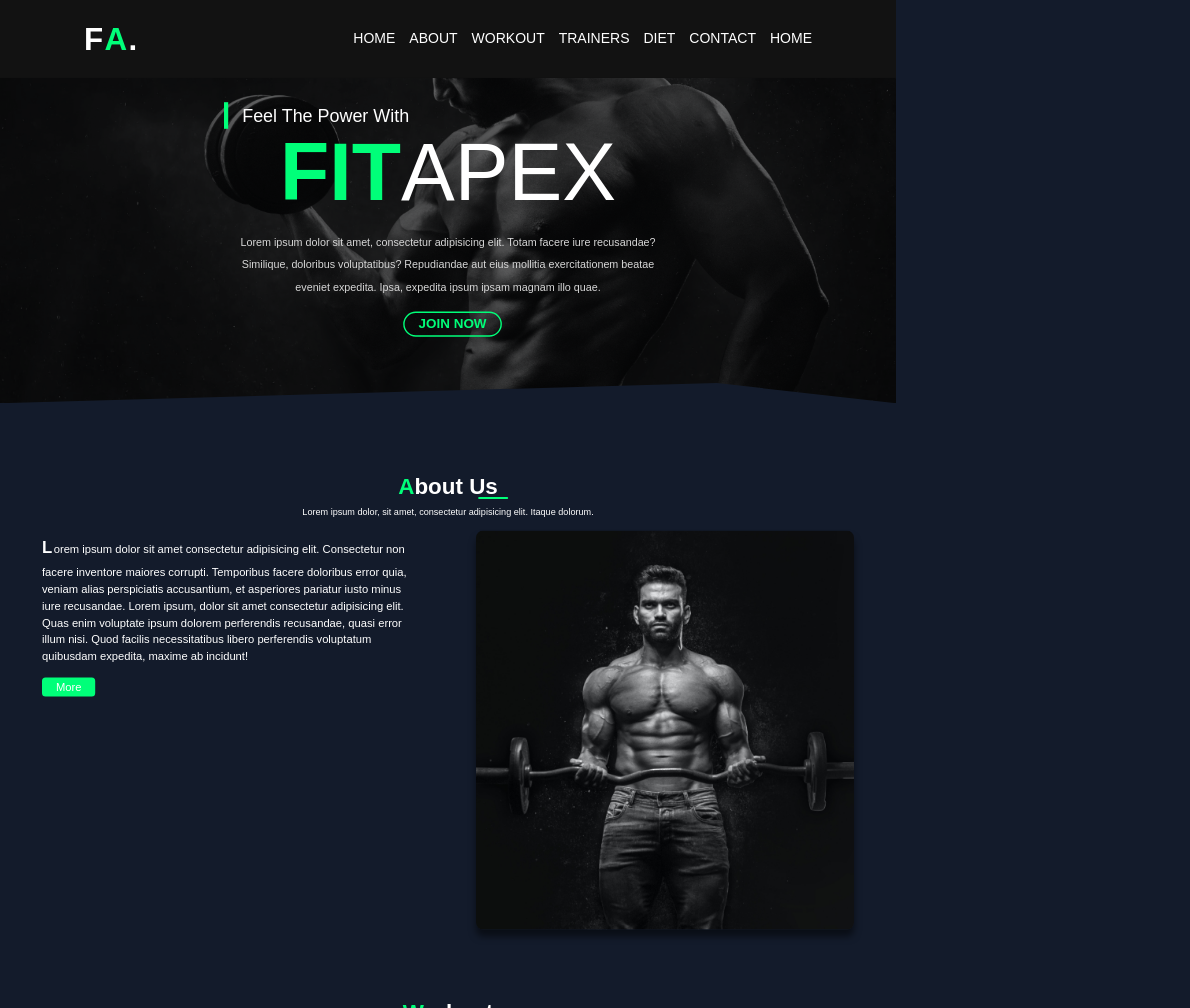
Repository: guilhermecardoso93/fitapex
Page: index.html
An editor plug-in stored every save of this project. The page is shown before and after the next save, followed by the edit.
The browser window is 1280 px wide. The page is 1700 px wide, so the pictures cover 1700 px, including what lies to the right of the window. The pictures show the part of the page from y = 0 to 1440 px (the page is 3692 px tall), at 70% of full size.

Above is the page before, as saved 2023-03-07 20:50:31.

### index.html
<!DOCTYPE html>
<html lang="pr-BR">
  <head>
    <meta charset="UTF-8" />
    <meta http-equiv="X-UA-Compatible" content="IE=edge" />
    <meta name="viewport" content="width=device-width, initial-scale=1.0" />
    <link rel="stylesheet" href="styles.css" />
    <link
      rel="stylesheet"
      href="https://cdnjs.cloudflare.com/ajax/libs/font-awesome/4.7.0/css/font-awesome.css"
    />
    <title>F.A GYM</title>
  </head>
  <body>
    <div class="navbar">
      <a href="#" class="logo">F<b>A</b>.</a>
      <ol>
        <li>
          <a href="#home">home</a>
        </li>
        <li>
          <a href="#about">about</a>
        </li>
        <li>
          <a href="#workout">workout</a>
        </li>
        <li>
          <a href="#trainers">trainers</a>
        </li>
        <li>
          <a href="#diet">diet</a>
        </li>
        <li>
          <a href="#contact">contact</a>
        </li>
        <li>
          <a href="#home">home</a>
        </li>
      </ol>
    </div>

    <section id="home" class="home view">
      <div class="highlights">
        <h3>feel the power with</h3>
        <h1><b>FIT</b>APEX</h1>
        <br />
        <p class="tagline">
          Lorem ipsum dolor sit amet, consectetur adipisicing elit. Totam facere
          iure recusandae? Similique, doloribus voluptatibus? Repudiandae aut
          eius mollitia exercitationem beatae eveniet expedita. Ipsa, expedita
          ipsum ipsam magnam illo quae.
        </p>
        <button class="join">join now</button>
      </div>
      <div class="banner" />
    </section>

    <section id="about" class="about view">
      <div class="main">
        <h2><span>A</span>bout Us</h2>
        <h6>
          Lorem ipsum dolor, sit amet, consectetur adipisicing elit. Itaque
          dolorum.
        </h6>
      </div>
      <div class="content">
        <div class="cols">
          <p>
            <b>L</b>orem ipsum dolor sit amet consectetur adipisicing elit.
            Consectetur non facere inventore maiores corrupti. Temporibus facere
            doloribus error quia, veniam alias perspiciatis accusantium, et
            asperiores pariatur iusto minus iure recusandae. Lorem ipsum, dolor
            sit amet consectetur adipisicing elit. Quas enim voluptate ipsum
            dolorem perferendis recusandae, quasi error illum nisi. Quod facilis
            necessitatibus libero perferendis voluptatum quibusdam expedita,
            maxime ab incidunt!
          </p>
          <a href="#">more</a>
        </div>
        <div class="cols">
          <div class="box">
            <img src="./assets/about.jpg" alt="" />
          </div>
        </div>
      </div>
    </section>

    <section id="workout" class="workout view">
      <div class="main">
        <h2><span>W</span>orkout</h2>
        <h6>
          Lorem ipsum dolor, sit amet, consectetur adipisicing elit. Itaque
          dolorum.
        </h6>
      </div>
      <div class="content">
        <div class="frame">
          <div class="box">
            <img src="./assets/workout1.jpg" alt="" />
          </div>
          <div class="title">someone famous</div>
          <p>Lorem ipsum dolor, sit amet, consectetur.</p>
        </div>
        <div class="frame">
          <div class="box">
            <img src="./assets/workout2.jpg" alt="" />
          </div>
          <div class="title">someone famous</div>
          <p>Lorem ipsum dolor, sit amet, consectetur.</p>
        </div>
        <div class="frame">
          <div class="box">
            <img src="./assets/workout3.jpg" alt="" />
          </div>
          <div class="title">someone famous</div>
          <p>Lorem ipsum dolor, sit amet, consectetur.</p>
        </div>
        <div class="frame">
          <div class="box">
            <img src="./assets/workout4.jpg" alt="" />
          </div>
          <div class="title">someone famous</div>
          <p>Lorem ipsum dolor, sit amet, consectetur.</p>
        </div>
        <div class="frame">
          <div class="box">
            <img src="./assets/workout5.jpg" alt="" />
          </div>
          <div class="title">someone famous</div>
          <p>Lorem ipsum dolor, sit amet, consectetur.</p>
        </div>
        <div class="frame">
          <div class="box">
            <img src="./assets/workout6.jpg" alt="" />
          </div>
          <div class="title">someone famous</div>
          <p>Lorem ipsum dolor, sit amet, consectetur.</p>
        </div>
      </div>
    </section>

    <section id="trainers" class="trainers view">
      <div class="main">
        <h2><span>B</span>est<span> T</span>rainers</h2>
        <h6>
          Lorem ipsum dolor, sit amet, consectetur adipisicing elit. Itaque
          dolorum.
        </h6>
      </div>
      <div class="content">
        <div class="frame">
          <div class="box">
            <img src="./assets/workout6.jpg" alt="" />
          </div>
          <div class="headline">
            <div class="title">someone famous</div>
            <div class="icons">
              <i class="fa fa-facebook"></i>
              <i class="fa fa-twitter"></i>
              <i class="fa fa-linkedin"></i>
            </div>
          </div>
          <p>Lorem ipsum dolor sit, amet consectetur adipisicing elit.</p>
          <a href="">Explore</a>
        </div>
      </div>
    </section>
  </body>
</html>

### styles.css
@import url("https://fonts.googleapis.com/css2?family=Poppins:wght@400;500&display=swap");

@import "./css/_navbar.css";
@import "./css/_home.css";
@import "./css/_about.css";
@import "./css/_workout.css";
@import "./css/_trainers.css";

* {
  margin: 0;
  padding: 0;
  box-sizing: border-box;
  font-family: "Poppisns", sans-serif;
  outline: none;
  color: #fff;

}

:root {
  --prime: #00ff79;
}

body {
  background-color: #131b2b;
}


.view {
  width: 100%;
  min-height: 80vh;
  position: relative;
}

### css/_navbar.css

.navbar {
  width: 100%;
  display: flex;
  position: fixed;
  padding: 30px 120px;
  background-color: #121212;
  justify-content: space-between;
  z-index: 1111;
  transition: 0.5s ease;
}

.logo {
  font-size: 2.8em;
  font-weight: 800;
  letter-spacing: 2px;
  text-transform: uppercase;
  text-decoration: none;
}

.logo B{
  color: var(--prime);
}

ol {
  display: flex;
  margin: auto 0;
}

ol li {
  list-style: none;
  margin-left: 20px;
}

ol li a {
  font-size: 20px;
  font-weight:500;
  text-transform: uppercase;
  text-decoration: none;
}

ol li:hover a {
  color: var(--prime);
}

### css/_home.css
.home {
  display: flex;
  min-height: 120vh;
  align-items: center;
  justify-content: center;
  clip-path: polygon(0 0, 100% 0, 100% 100%, 80% 95%, 0 100%);
}

.banner {
  height: 100%;
  width: 100%;
  position: absolute;
  background: url("../assets/banner.jpg");
  background-size: cover;
  background-position: center;
  filter: brightness(40%);
}

.highlights {
  width: 50%;
  position: relative;
  display: inline-block;
  justify-content: center;
  z-index: 11;
}

.highlights h3 {
  display: inline;
  font-size: 2vw;
  padding: 5px 20px;
  font-weight: lighter;
  text-transform: capitalize;
  border-left: 6px solid var(--prime);
}

.highlights h1 {
  font-size: 9vw;
  text-align: center;
  font-weight: normal;
}

.highlights b {
  color: var(--prime);
  font-weight: 800;
  font-family: sans-serif;
}

.highlights .tagline {
  color: #d7d7d7;
  font-size: 1.2vw;
  text-align: center;
  font-weight: normal;
  line-height: 32px;
}

.highlights .join {
  position: absolute;
  left: 40%;
  margin-top: 1.2rem;
  padding: 5px 20px;

  transform: tanslateX(-500%);
  font-weight: 800;
  font-size: 1.5vw;
  text-transform: uppercase;

  color: var(--prime);
  border: 2px solid var(--prime);
  border-radius: 50px;
  background: transparent;

  transition: 0.3s ease;
}

.highlights .join:hover {
  color: #fff;
  cursor: pointer;
  letter-spacing: 1.5px;
  background: var(--prime);
}

### css/_about.css
.main {
  width: 100%;
  text-align: center;
  padding-bottom: 20px;
  -webkit-font-smoothing: antialiased;
  -moz-osx-font-smoothing: grayscale;

}

.main h2 {
  font-size: 2.5vw;
  position: relative;
  text-align: center;
  padding-top: 100px;
  display: inline-block;
}

span {
  color: var(--prime);
}

.main h2:before {
  position: absolute;
  content: "";
  background: var(--prime);
  height: 3px;
  width: 30%;
  right: -15px;
  bottom: 0;
  border-radius: 50px;
}

.main h6 {
  margin-top: 10px;
  font-size: 13px;
  font-family: sans-serif;
  font-weight: lighter;
}

.content {
  position: relative;
  display: flex;
  width: 100%;
  padding: 0 20px;
  justify-content: center;
  line-height: 1.5em;
}

.about .content .cols {
  position: relative;
  width: 100%;
  height: 100%;
  padding: 0px 40px;
}

.about .content .cols p b {
  font-size: 24px;
  margin-right: 2px;
  line-height: 2;
}

.about .content .cols a {
  position: relative;
  top: 20px;
  color: #fff;
  background-color: var(--prime);
  padding: 5px 20px;
  border-radius: 5px;
  text-decoration: none;
  text-weight: 500;
  text-transform: capitalize;
}

.about .content .cols a:hover {
  color: #000;
  background: #fff;
}

.about .content .cols .box {
  position: relative;
  height: 570px;
  box-shadow: 0 10px 10px rgba(0, 0, 0, 0.5);
  border-radius: 10px;
}

.about .content .cols .box img {
  position: absolute;
  top: 0;
  left: 0;
  height: 100%;
  width: 100%;
  object-fit: cover;
  border-radius: 10px;
}

### css/_workout.css
.workout .content {
  flex-wrap: wrap;
  max-width: 80%;
  margin: 0 auto;
}

.workout .content .frame {
  position: relative;
  width: 350px;
  padding: 20px;
  margin: 10px;
  background: #222;
  box-shadow: 0 10px 15px rgba(0,0,0,0.5);
  border-radius: 10px;

}

.workout .content .frame .box {
  position: relative;
  height: 200px;
  width: 100%;
  overflow: hidden;
  border-radius: 10px;
}

.workout .content .frame .box img {
  position: absolute;
  height: 100%;
  width: 100%;
  object-fit: cover;
  filter: brightness(80%);
  transition: 0.2s ease-in ;
}

.workout .content .frame .box:hover img {
  filter: brightness(100%);
  transform: scale(1.08) ;
}

.workout .content .frame .title {
  color: var(--prime);
  padding: 5px 0;
}

.workout .content .frame p {
  font-size: 0.8rem;
}

### css/_trainers.css
.trainers .content {
  flex-wrap: wrap;
}

.trainers .content .frame {
  position: relative;
  border-radius: 10px;
  width: 500px;
  padding: 30px 30px 40px 30px;
  box-shadow: 0 10px 15px rgba(0,0,0,0.5);
  margin: 10px;
  background: #222;
}

After the next save:
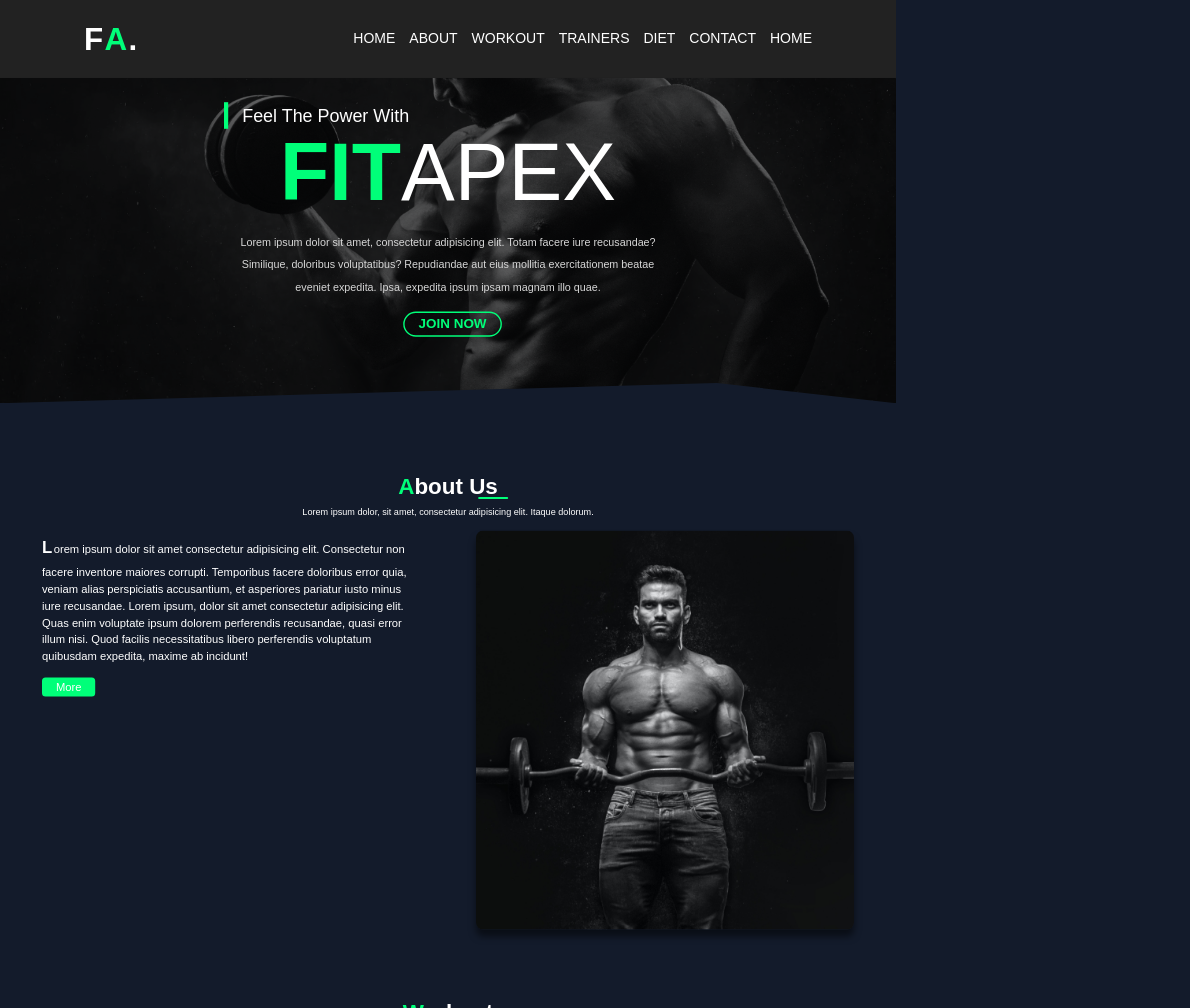
Saved 5 s later.
--- a/css/_navbar.css
+++ b/css/_navbar.css
@@ -4,7 +4,7 @@
   display: flex;
   position: fixed;
   padding: 30px 120px;
-  background-color: #121212;
+  background-color: #222;
   justify-content: space-between;
   z-index: 1111;
   transition: 0.5s ease;
